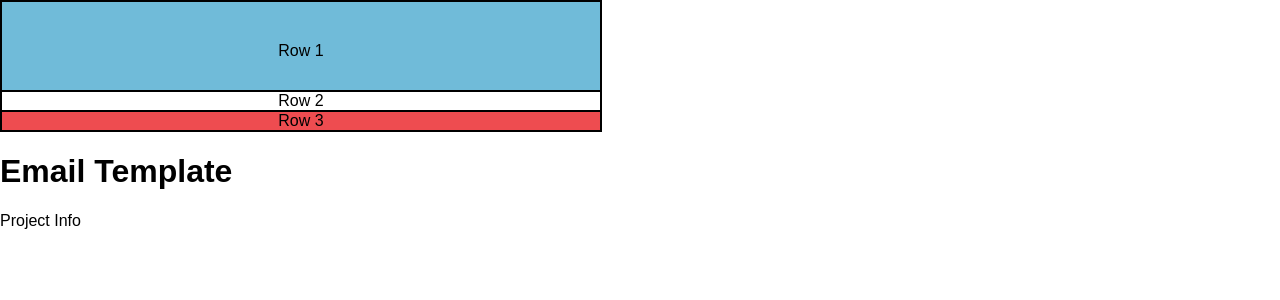
Repository: MikeeBuilds/email-template
Page: index.html
These files come from the project's save history. The page is drawn as it stood at one moment and after a run of saves; the edit follows.
The browser window is 1280 px wide. The pictures show the whole page.

Above is the page before, as saved 2022-11-21 15:47:46.

### index.html
<!DOCTYPE html>
<html lang="en" xmlns="http://www.w3.org./1999/xhtml" xmlns:0="urn:schemas-microsoft-com:office:office">
<head>
    <meta charset="UTF-8">
    <meta http-equiv="X-UA-Compatible" content="IE=edge">
    <meta name="x-apple-disable-message-reformatting">
    <meta name="viewport" content="width=device-width, initial-scale=1.0">
    <link rel="stylesheet" href="styles.css">
    <title>Emal Template</title>
    <!--[if mso]>
        <noscript>
            <xml>
                <o:OfficeDocumentSettings>
                    <o:AllowPNG/>
                    <o:PixelsPerInch>96</o:PixelsPerInch>
                </o:OfficeDocumentSettings>
            </xml>
        <![endif]-->
        <style>
            table, td, div, h1, p {
                font-family: Arial, sans-serif;
            }
            table, td {
                border: 2px solid #000 !important;
            }
            </style>
<body style="margin: 0; padding: 0;">
    <table role="presentation" style="width: 602px; border-collapse: collapse; border: 1px solid #cccccc; border-spacing: 0; text-align: left;
    border-spacing: 0; background: #ffffff;">
        <tr>
            <td align="center" style="padding: 40px 0 30px 0; background: #70bbd9;">
                Row 1
            </td>
        </tr>
        <tr>
            <td align="center" style="padding: 0;">
                Row 2
            </td>
        </tr>
        <tr>
            <td align="center" style="padding: 0; background: #ee4c50;">
                Row 3
            </td>
        </tr>
    </table>
    <h1>Email Template</h1>
    <p>Project Info</p>
</body>
</head>
</html>

Loaded but not shown: styles.css (no stored copy; drawn as an empty file)

After the next 2 saves:
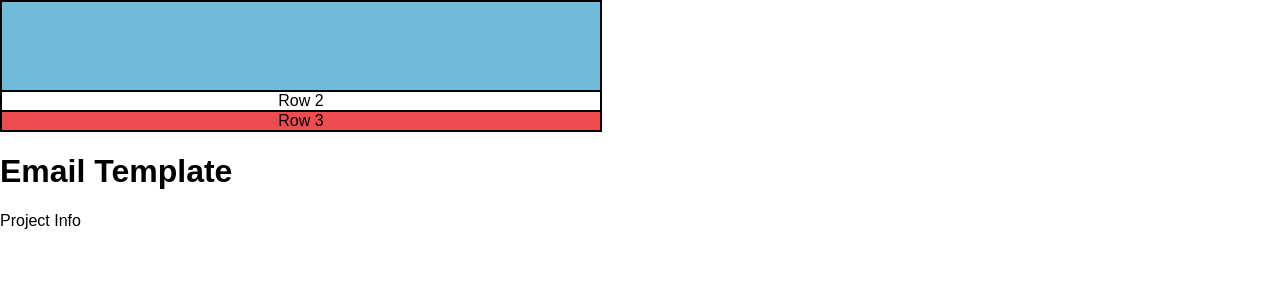
The 2 saves are shown as one change because they came seconds apart.
The last was saved 87 s later.
--- a/index.html
+++ b/index.html
@@ -29,7 +29,7 @@
     border-spacing: 0; background: #ffffff;">
         <tr>
             <td align="center" style="padding: 40px 0 30px 0; background: #70bbd9;">
-                Row 1
+                <img
             </td>
         </tr>
         <tr>
